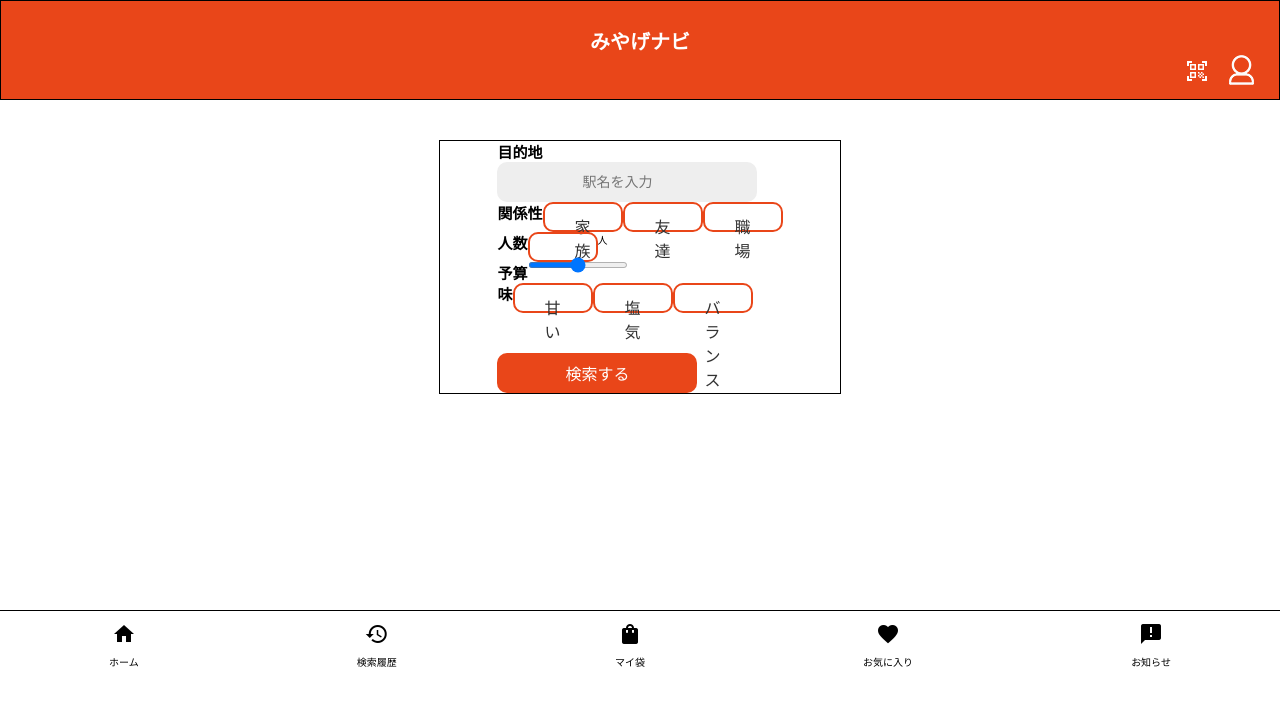
Repository: ama-ne2/miyage_nav
Page: index.html
These files come from the project's save history. The page is drawn as it stood at one moment and after the next save; the edit follows.
The browser window is 1280 px wide. The pictures show the whole page.

Above is the page before, as saved 2026-02-05 19:12:53.

After the next save:
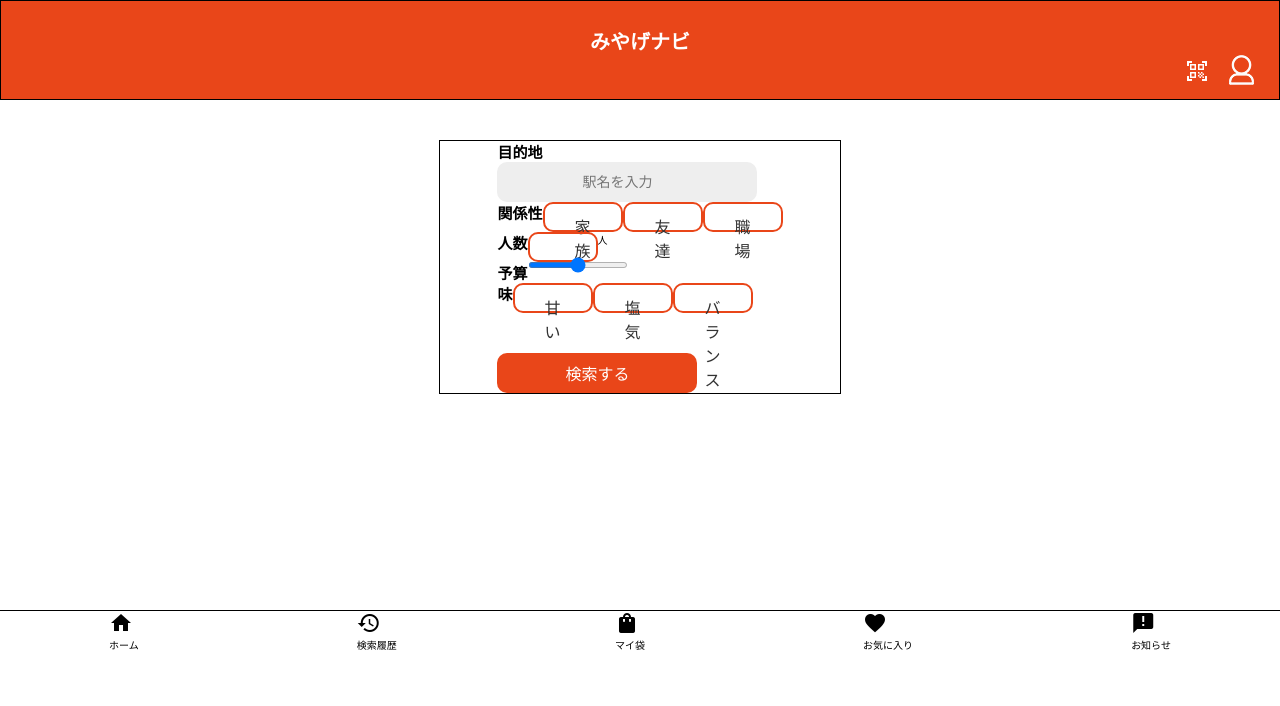
Saved 3 min 25 s later.
--- a/css/index.css
+++ b/css/index.css
@@ -88,12 +88,3 @@ button[type="submit"]{
     border-radius: 10px;
     margin-top: 40px;
 }
-
-/* footerのアイコンたち */
-.footer_icon{
-    display: flex;
-    flex-direction: column;
-    align-items: center;
-    gap: 8px;
-    margin-top: 11px;
-}

After the save that followed:
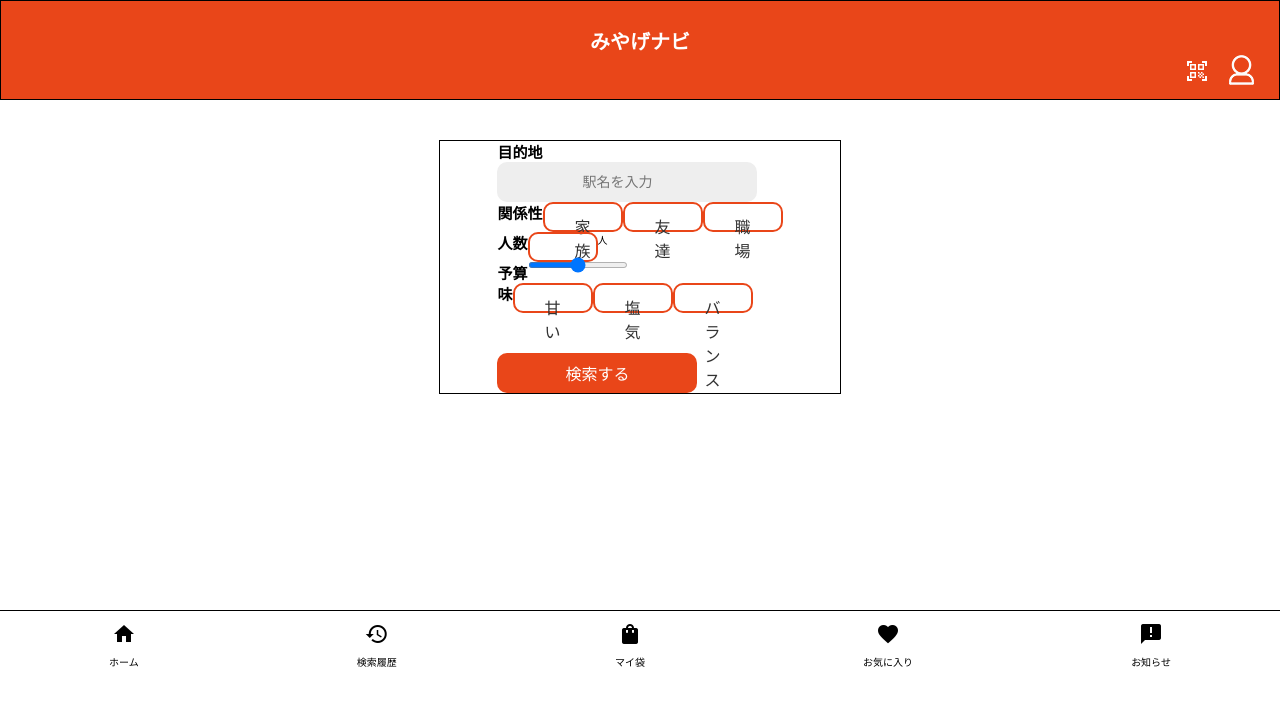
Saved 12 s later.
--- a/css/style.css
+++ b/css/style.css
@@ -61,4 +61,13 @@ footer{
     width: 100vw;
     height: 110px;
     border-top: #000 solid 1px;
+
+/* footerのアイコンたち */
+.footer_icon{
+    display: flex;
+    flex-direction: column;
+    align-items: center;
+    gap: 8px;
+    margin-top: 11px;
 }
+}
